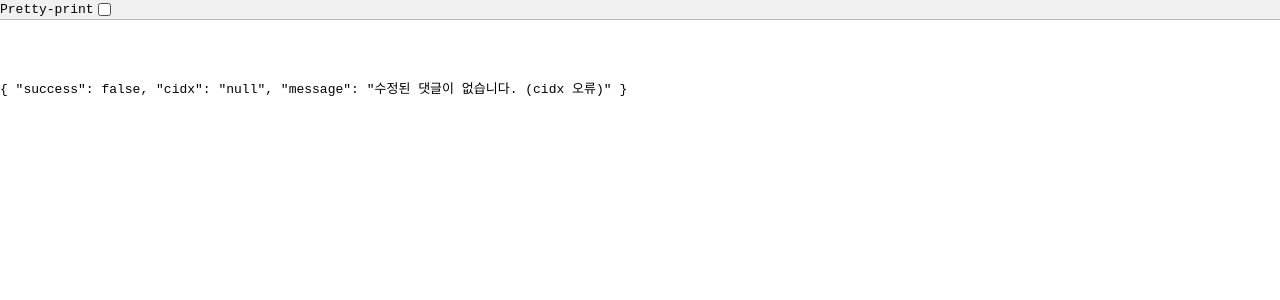
Repository: 1plus1equals3-true/Board-Project
Page: http://localhost/jsp/board/comment_modify.jsp
The author's editor kept a copy of each file at every save. The page is drawn from the files as they stood at one save, then again after the next save.
The browser window is 1280 px wide. The pictures show the whole page.
The page is served by Tomcat 9.

Above is the page before, as saved 2025-09-18 06:21:58.

After the next save:
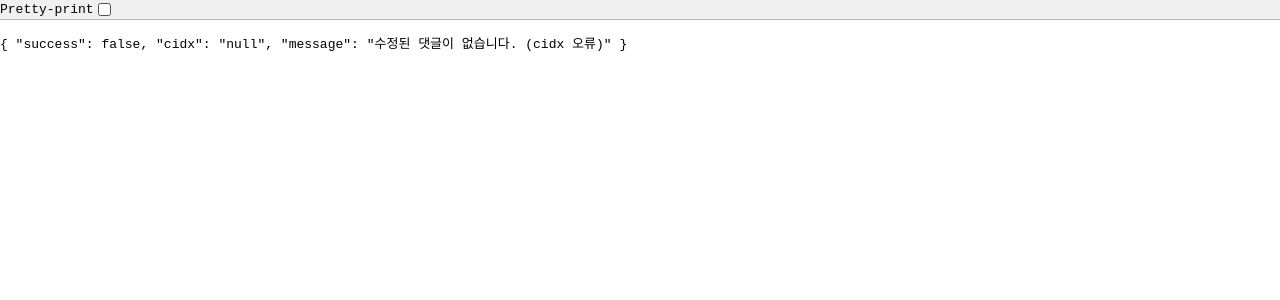
Saved 3 min 24 s later.
--- a/jsp/src/main/webapp/board/comment_modify.jsp
+++ b/jsp/src/main/webapp/board/comment_modify.jsp
@@ -2,6 +2,7 @@
     pageEncoding="UTF-8"%>
 <%@ page import="java.sql.*" %>
 <%@ page import="lib.DB" %>
+<%@ page trimDirectiveWhitespaces="true" %>
 <%
 request.setCharacterEncoding("utf-8");
 
